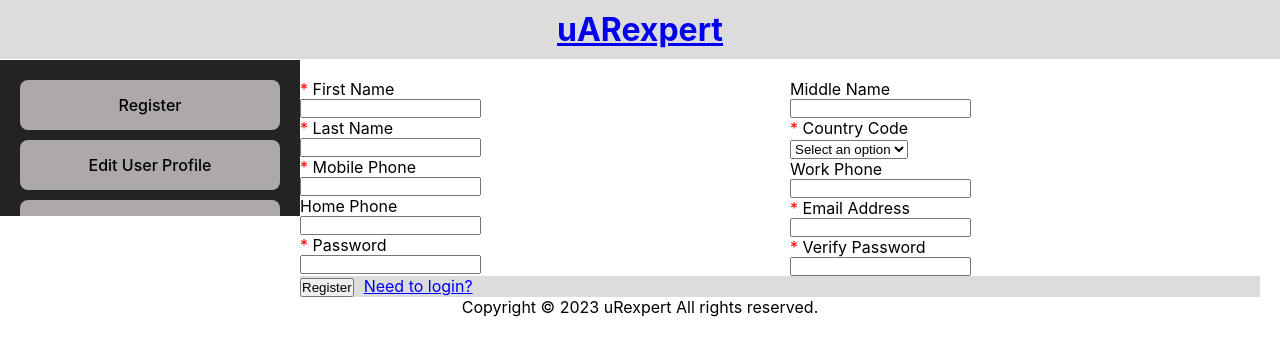
Repository: onionNguyen/Senior-Design-Project
Page: /register (app in frontend/)
These files come from the project's save history. The page is drawn as it stood at one moment and after the next save; the edit follows.
The browser window is 1280 px wide. The pictures show the whole page.
The page's requests for data from a server got no answer. The project was rebuilt for these pictures with package versions that can differ from the ones it lists, and the page was loaded fresh each time. No one was signed in, and anything a server would have sent is missing. Also part of the build but not shown: frontend/src/components/pages/edit-user-profile/EditProfile.module.css, frontend/src/components/pages/edit-user-profile/EditProfile.js, frontend/src/components/pages/login/Login.module.css, frontend/src/components/pages/login/Login.js, frontend/src/components/pages/home/Home.module.css, frontend/src/components/pages/error/Unauthorized.js, frontend/src/components/pages/home/Home.js, frontend/src/components/pages/error/NotFound.js and 2 more.

Above is the page before, as saved 2023-10-27 13:47:58.

After the next save:
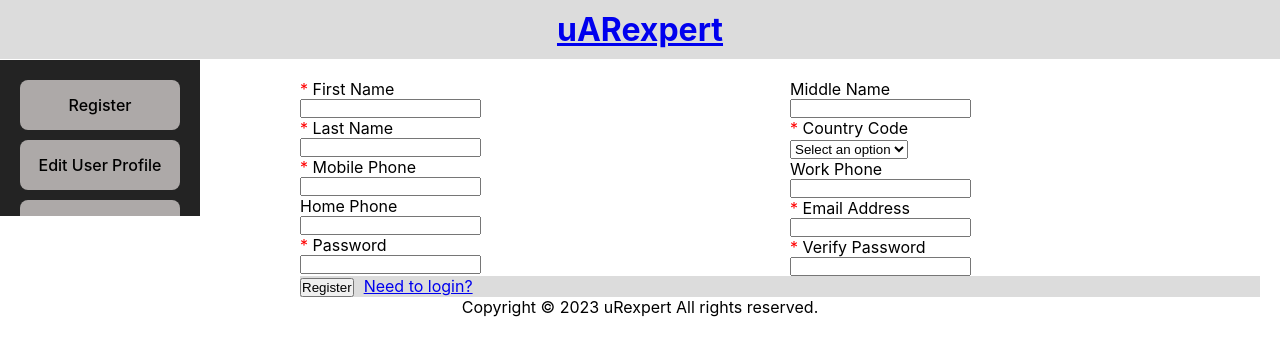
Saved 7 s later.
--- a/frontend/src/components/sidenav/SideNav.module.css
+++ b/frontend/src/components/sidenav/SideNav.module.css
@@ -1,6 +1,6 @@
 .sidenav {
   height: calc(30vh - 60px);
-  width: 300px; /* Fixed width to ensure uniform look across different screens */
+  width: 200px; /* Fixed width to ensure uniform look across different screens */
   max-width: 80%; /* Ensure it doesn't consume too much space on smaller screens */
   z-index: 1;
   top: 60px;
